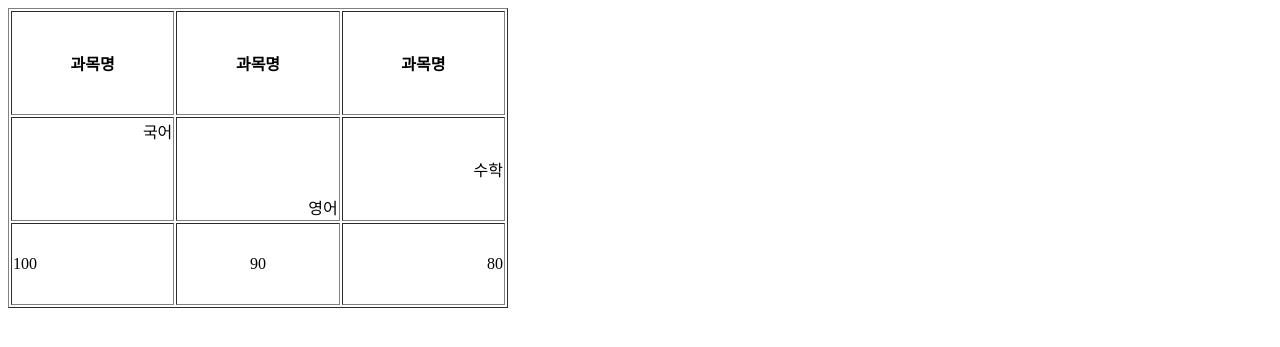
Repository: bjKim2/JSP
Page: HTML/src/main/webapp/Lec03.html
The author's editor kept a copy of each file at every save. The page is drawn from the files as they stood at one save, then again after the next save.
The browser window is 1280 px wide. The pictures show the whole page.

Above is the page before, as saved 2022-03-15 02:14:56.

After the next save:
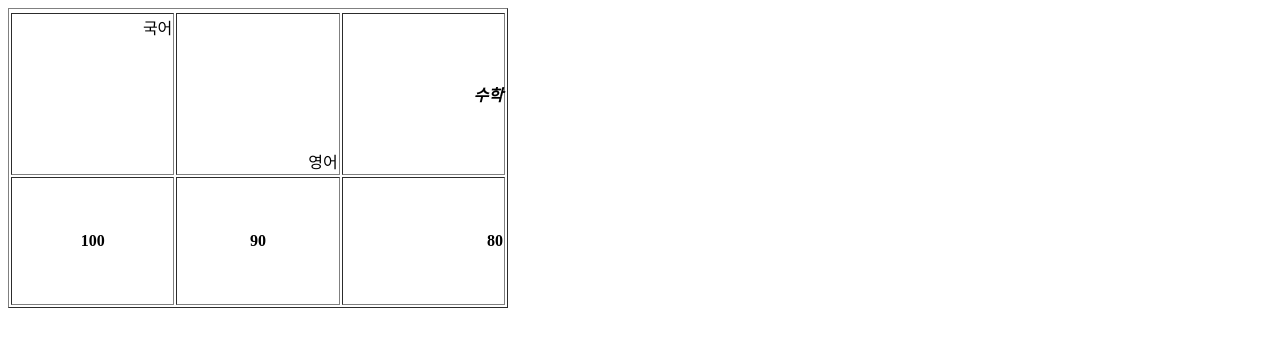
Saved 3 min 4 s later.
--- a/HTML/src/main/webapp/Lec03.html
+++ b/HTML/src/main/webapp/Lec03.html
@@ -7,20 +7,18 @@
 	<body>
 		<table border = '1' width = "500" height = "300">
 			<tr>
-				<th>과목명 </th>
-				<th>과목명 </th>
-				<th>과목명 </th>
+
 			</tr>
 
 			<tr align = right>
 				<td valign = top>국어</td>
 				<td valign = bottom>영어</td>
-				<td valign = middle>수학</td>
+				<td valign = middle><i><b>수학</b></i></td>
 			</tr>
 			<tr>
-				<td>100</td>
-				<td align = center>90</td>
-				<td align = right>80</td>
+				<th>100</th>
+				<th align = center>90</th>
+				<th align = right>80</th>
 			</tr>
 
 
